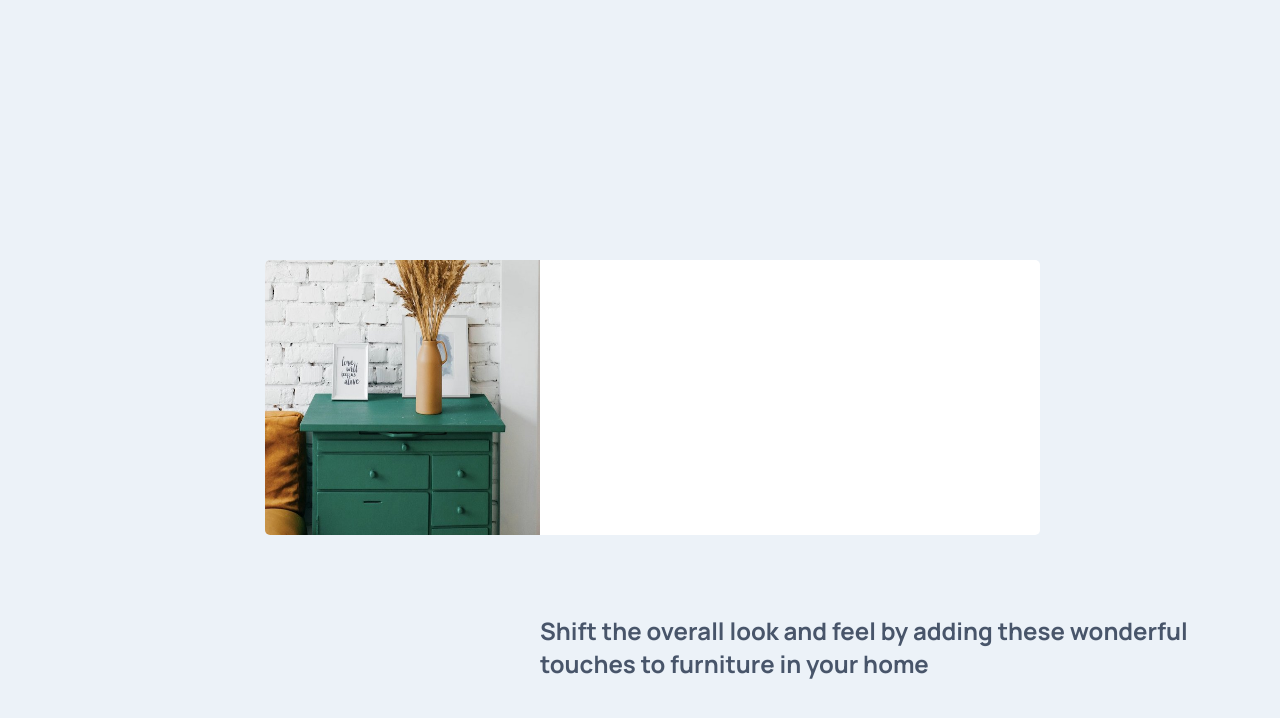
Repository: ricky603/training-css
Page: article-preview-component-master/index.html
These files come from the project's save history. The page is drawn as it stood at one moment and after the next save; the edit follows.
The browser window is 1280 px wide. The pictures show the whole page.

Above is the page before, as saved 2020-09-09 08:26:41.

After the next save:
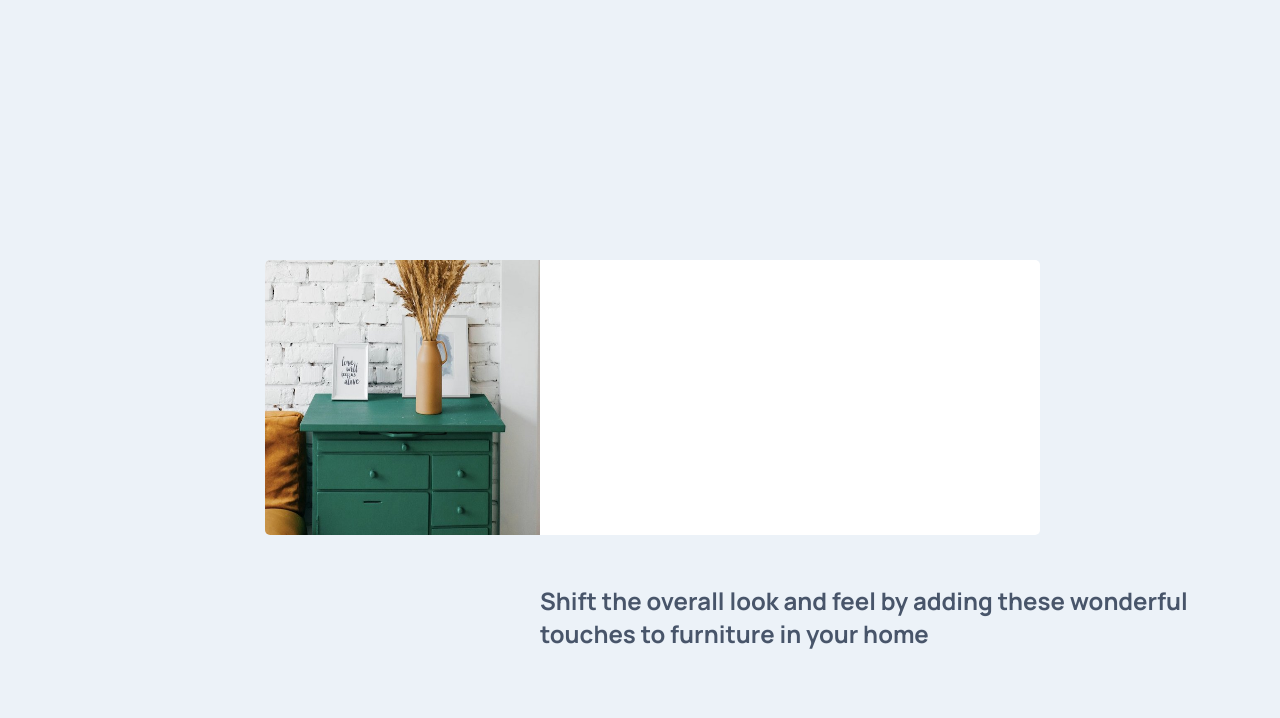
Saved 11 s later.
--- a/article-preview-component-master/styles.css
+++ b/article-preview-component-master/styles.css
@@ -16,7 +16,7 @@ h2 {
     position: fixed;
     display: inline-block;
     width: 57%;
-    bottom: 20px;
+    bottom: 50px;
 }
 
 .head {
